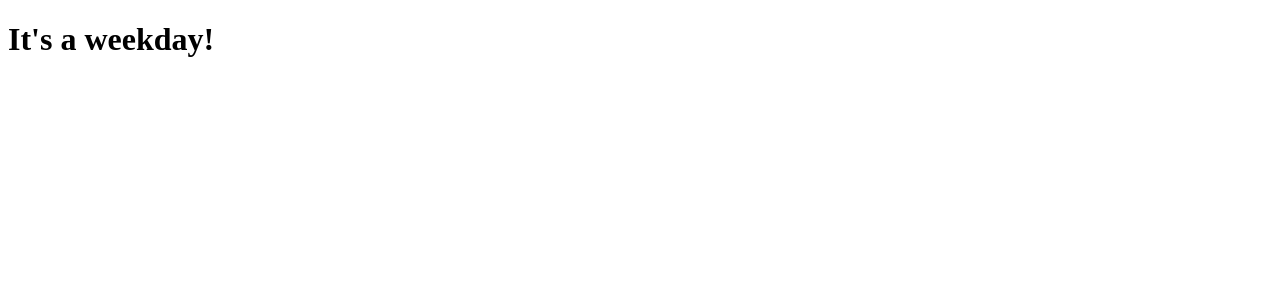
Repository: thecoachanna/todolist-v1
Page: weekend.html
These files come from the project's save history. The page is drawn as it stood at one moment and after the next save; the edit follows.
The browser window is 1280 px wide. The pictures show the whole page.

Above is the page before, as saved 2023-05-09 06:34:40.

After the next save:
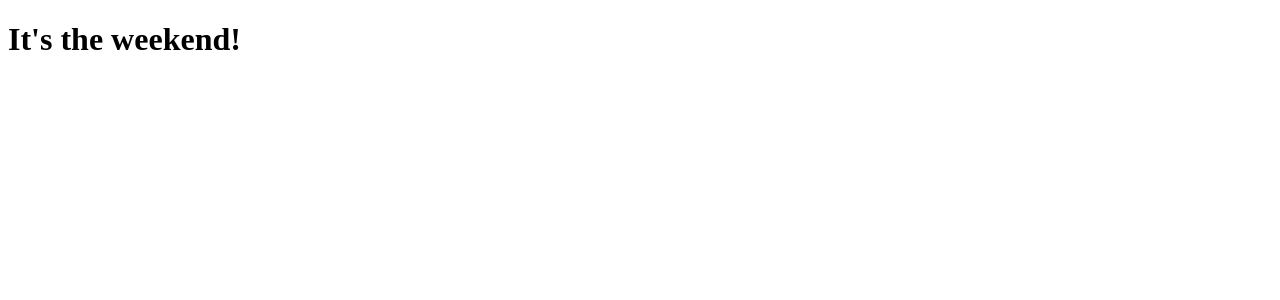
Saved 6 s later.
--- a/weekend.html
+++ b/weekend.html
@@ -7,6 +7,6 @@
     <title>Document</title>
 </head>
 <body>
-    <h1>It's a weekday!</h1>
+    <h1>It's the weekend!</h1>
 </body>
 </html>
